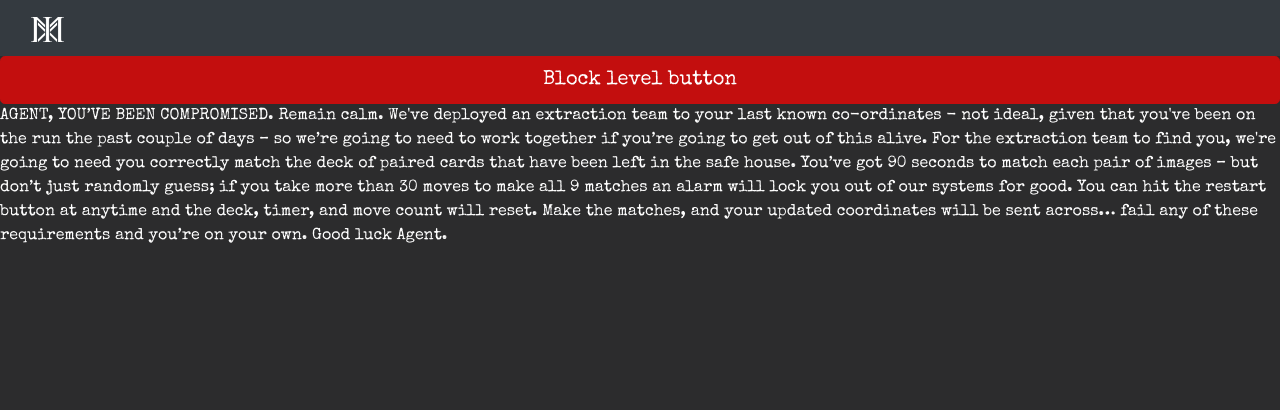
Repository: Code-Institute-Submissions/Milestone-25
Page: index.html
The author's editor kept a record of every edit. The page is drawn from the files as they stood at one moment, then again after the next edit.
The browser window is 1280 px wide. The pictures show the whole page.

Above is the page before.

After the next edit:
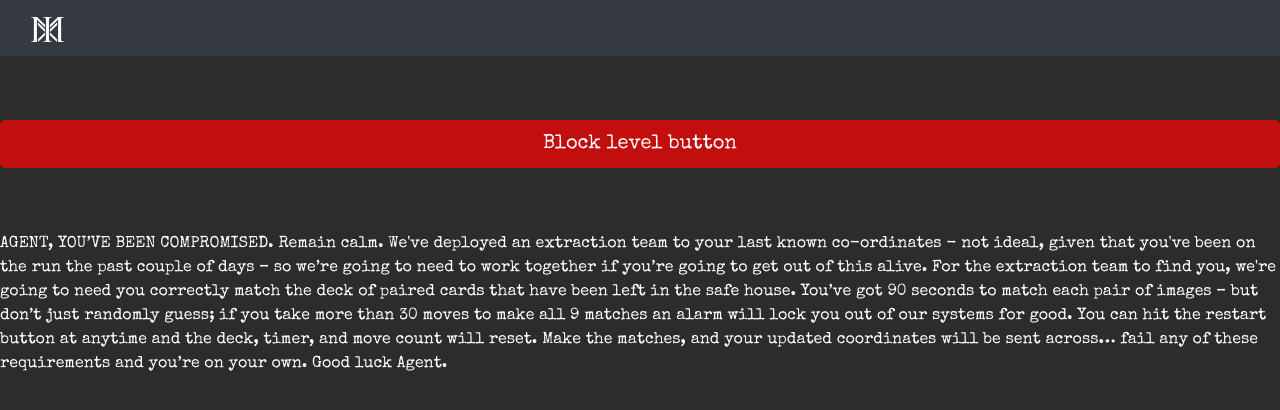
The edit:
--- a/assets/css/style.css
+++ b/assets/css/style.css
@@ -18,6 +18,8 @@
 .btn-primary {
     background-color: #c30e0e;
     border-color: #c30e0e;
+    margin-top: 5%;
+    margin-bottom: 5%;
 
 }
 
